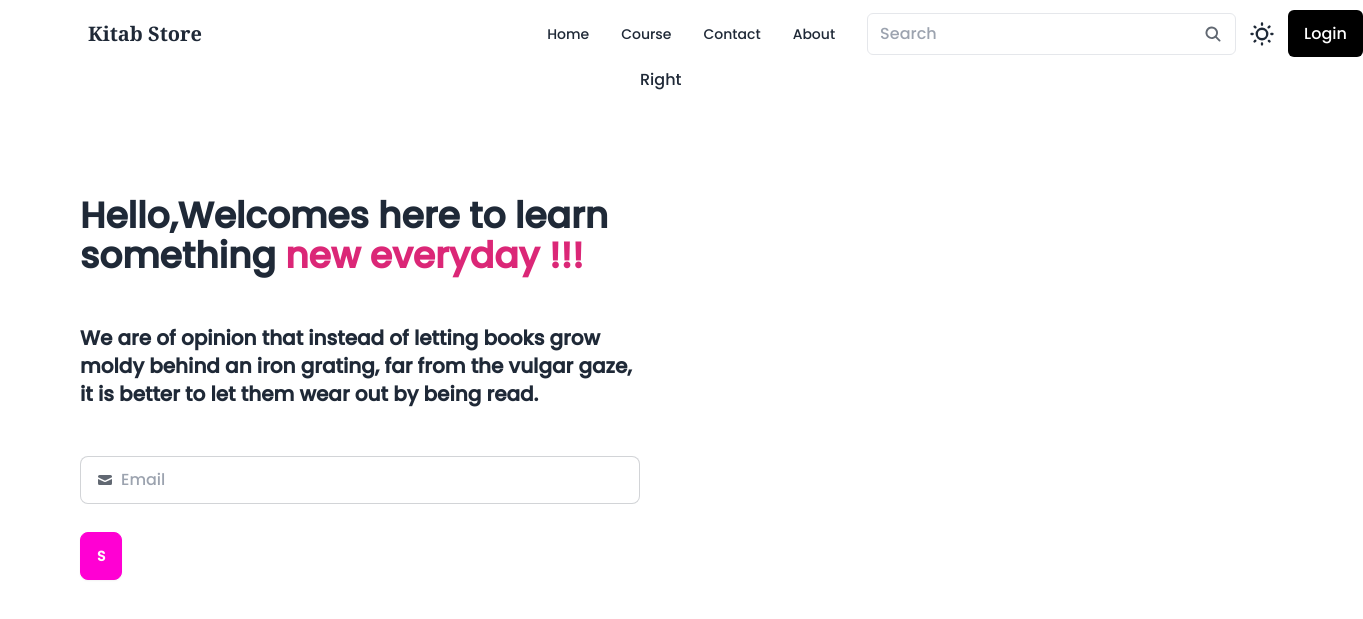
Repository: diensy/Kitab.com
Page: / (app in Frontend/)
These files come from the project's save history. The page is drawn as it stood at one moment and after the next save; the edit follows.
The browser window is 1280 px wide. The page is 1363 px wide, so the pictures cover 1363 px, including what lies to the right of the window. The pictures show the whole page.
The project was rebuilt for these pictures with package versions that can differ from the ones it lists, and the page was loaded fresh each time. Also part of the build but not shown: Frontend/vite.config.js.

Above is the page before, as saved 2024-07-28 23:35:44.

### Frontend/src/App.jsx
import React from 'react'
import Navbar from './Components/Navbar'
import Banners from './Components/Banner'
const App = () => {
  return (
    <>
    <Navbar/>
    <Banners/>
    </>
  )
}

export default App

### Frontend/src/index.css
@import url("https://fonts.googleapis.com/css2?family=Fredoka:wght@300..700&family=Montserrat:ital,wght@0,100..900;1,100..900&family=Poppins:wght@500&display=swap");
@tailwind base;
@tailwind components;
@tailwind utilities;

body {
  font-family: "Poppins", sans-serif;
}

### Frontend/src/Components/Navbar.jsx
import React from "react";

const Navbar = () => {
  const navItems = (
    <>
      <li>
        <a>Home</a>
      </li>
      <li>
        <a>Course</a>
      </li>
      <li>
        <a>Contact</a>
      </li>
      <li>
        <a>About</a>
      </li>
    </>
  );
  return (
    <>
      <div className="max-w-screen-2xl container mx-auto md:px-20 px-4">
        <div className="navbar bg-base-100">
          <div className="navbar-start">
            <div className="dropdown">
              <div
                tabIndex={0}
                role="button"
                className="btn btn-ghost lg:hidden"
              >
                <svg
                  xmlns="http://www.w3.org/2000/svg"
                  className="h-5 w-5"
                  fill="none"
                  viewBox="0 0 24 24"
                  stroke="currentColor"
                >
                  <path
                    strokeLinecap="round"
                    strokeLinejoin="round"
                    strokeWidth="2"
                    d="M4 6h16M4 12h8m-8 6h16"
                  />
                </svg>
              </div>
              <ul
                tabIndex={0}
                className="menu menu-sm dropdown-content bg-base-100 rounded-box z-[1] mt-3 w-52 p-2 shadow"
              >
                {navItems}
              </ul>
            </div>
            <a className="text-xl font-bold cursor-pointer font-serif">
              Kitab Store
            </a>
          </div>
          <div className="nav-end space-x-3">
            <div className="navbar-center hidden lg:flex ">
              <ul className="menu menu-horizontal px-1">{navItems}</ul>
            </div>
            <div className="hidden md:block">
              <label className="flex items-center gap-2 border outline-none px-3 py-2 rounded-md">
                <input type="text" className="grow" placeholder="Search" />
                <svg
                  xmlns="http://www.w3.org/2000/svg"
                  viewBox="0 0 16 16"
                  fill="currentColor"
                  className="h-5 w-5 opacity-70"
                >
                  <path
                    fillRule="evenodd"
                    d="M9.965 11.026a5 5 0 1 1 1.06-1.06l2.755 2.754a.75.75 0 1 1-1.06 1.06l-2.755-2.754ZM10.5 7a3.5 3.5 0 1 1-7 0 3.5 3.5 0 0 1 7 0Z"
                    clipRule="evenodd"
                  />
                </svg>
              </label>
            </div>
            <label className="swap swap-rotate">
              {/* this hidden checkbox controls the state */}
              <input
                type="checkbox"
                className="theme-controller"
                value="synthwave"
              />

              {/* sun icon */}
              <svg
                className="swap-off h-7 w-7 fill-current"
                xmlns="http://www.w3.org/2000/svg"
                viewBox="0 0 24 24"
              >
                <path d="M5.64,17l-.71.71a1,1,0,0,0,0,1.41,1,1,0,0,0,1.41,0l.71-.71A1,1,0,0,0,5.64,17ZM5,12a1,1,0,0,0-1-1H3a1,1,0,0,0,0,2H4A1,1,0,0,0,5,12Zm7-7a1,1,0,0,0,1-1V3a1,1,0,0,0-2,0V4A1,1,0,0,0,12,5ZM5.64,7.05a1,1,0,0,0,.7.29,1,1,0,0,0,.71-.29,1,1,0,0,0,0-1.41l-.71-.71A1,1,0,0,0,4.93,6.34Zm12,.29a1,1,0,0,0,.7-.29l.71-.71a1,1,0,1,0-1.41-1.41L17,5.64a1,1,0,0,0,0,1.41A1,1,0,0,0,17.66,7.34ZM21,11H20a1,1,0,0,0,0,2h1a1,1,0,0,0,0-2Zm-9,8a1,1,0,0,0-1,1v1a1,1,0,0,0,2,0V20A1,1,0,0,0,12,19ZM18.36,17A1,1,0,0,0,17,18.36l.71.71a1,1,0,0,0,1.41,0,1,1,0,0,0,0-1.41ZM12,6.5A5.5,5.5,0,1,0,17.5,12,5.51,5.51,0,0,0,12,6.5Zm0,9A3.5,3.5,0,1,1,15.5,12,3.5,3.5,0,0,1,12,15.5Z" />
              </svg>

              {/* moon icon */}
              <svg
                className="swap-on h-7 w-7 fill-current"
                xmlns="http://www.w3.org/2000/svg"
                viewBox="0 0 24 24"
              >
                <path d="M21.64,13a1,1,0,0,0-1.05-.14,8.05,8.05,0,0,1-3.37.73A8.15,8.15,0,0,1,9.08,5.49a8.59,8.59,0,0,1,.25-2A1,1,0,0,0,8,2.36,10.14,10.14,0,1,0,22,14.05,1,1,0,0,0,21.64,13Zm-9.5,6.69A8.14,8.14,0,0,1,7.08,5.22v.27A10.15,10.15,0,0,0,17.22,15.63a9.79,9.79,0,0,0,2.1-.22A8.11,8.11,0,0,1,12.14,19.73Z" />
              </svg>
            </label>
            <div className="">
              <a className="bg-black text-white px-4 py-3 rounded-md hover:bg-slate-800 duration-300 cursor-pointer">
                Login
              </a>
            </div>
          </div>
        </div>
      </div>
    </>
  );
};

export default Navbar;

### Frontend/src/Components/Banner.jsx
import React from "react";

const Banner = () => {
  return (
    <>
      <div className="max-w-screen-2xl container mx-auto md:px-20 px-4 flex flex-col md:flex-row">
        <div className="w-full md:w-1/2 mt-12 md:mt-32">
          <div className="space-y-12">
            <h1 className="text-4xl font-bold">
              Hello,Welcomes here to learn something
              <span className="text-pink-600 "> new everyday !!!</span>
            </h1>
            <p className="font-semibold text-xl">
              We are of opinion that instead of letting books grow moldy behind
              an iron grating, far from the vulgar gaze, it is better to let
              them wear out by being read.
            </p>
          </div>
          <label className="input input-bordered flex items-center gap-2 mt-12">
            <svg
              xmlns="http://www.w3.org/2000/svg"
              viewBox="0 0 16 16"
              fill="currentColor"
              className="h-4 w-4 opacity-70"
            >
              <path d="M2.5 3A1.5 1.5 0 0 0 1 4.5v.793c.026.009.051.02.076.032L7.674 8.51c.206.1.446.1.652 0l6.598-3.185A.755.755 0 0 1 15 5.293V4.5A1.5 1.5 0 0 0 13.5 3h-11Z" />
              <path d="M15 6.954 8.978 9.86a2.25 2.25 0 0 1-1.956 0L1 6.954V11.5A1.5 1.5 0 0 0 2.5 13h11a1.5 1.5 0 0 0 1.5-1.5V6.954Z" />
            </svg>
            <input type="text" className="grow" placeholder="Email" />
          </label>
          <button className="btn btn-secondary mt-7">S</button>
        </div>
        <div className="w-full md:w-1/2">Right</div>
      </div>
    </>
  );
};

export default Banner;

Loaded but not shown: Frontend/index.html (common file); Frontend/src/main.jsx (common file); Frontend/tailwind.config.js (common file)

After the next save:
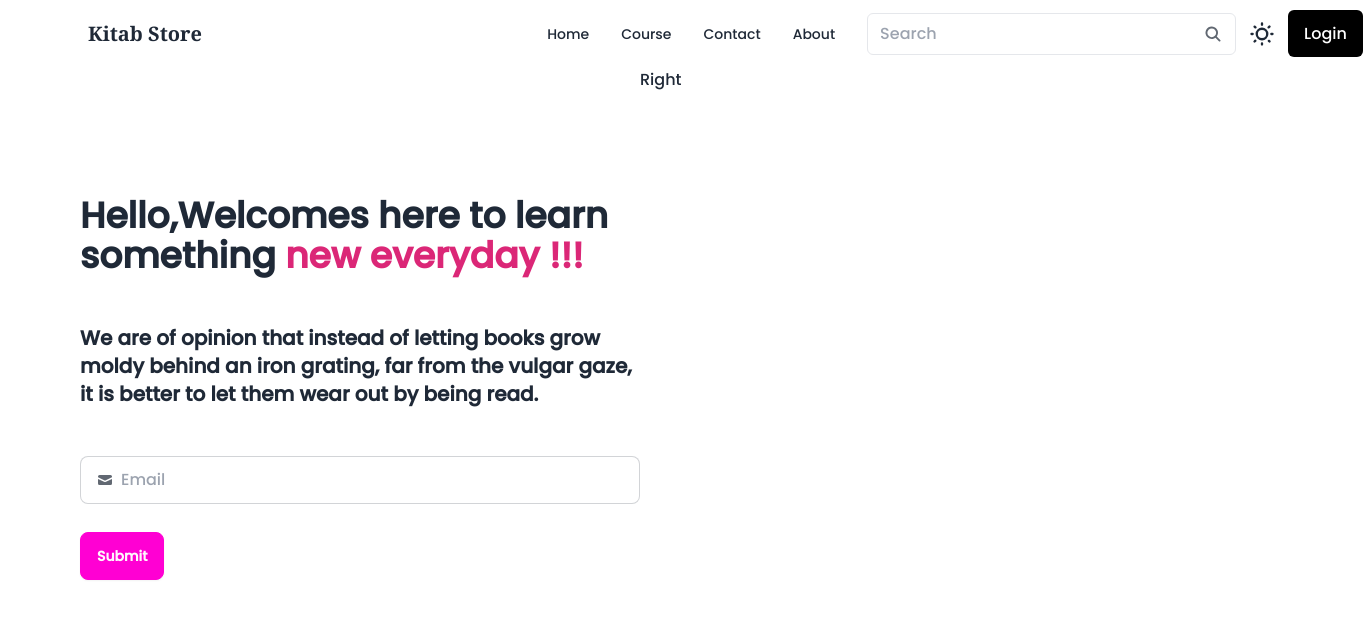
Saved 4 s later.
--- a/Frontend/src/Components/Banner.jsx
+++ b/Frontend/src/Components/Banner.jsx
@@ -28,7 +28,7 @@ const Banner = () => {
             </svg>
             <input type="text" className="grow" placeholder="Email" />
           </label>
-          <button className="btn btn-secondary mt-7">S</button>
+          <button className="btn btn-secondary mt-7">Submit</button>
         </div>
         <div className="w-full md:w-1/2">Right</div>
       </div>
